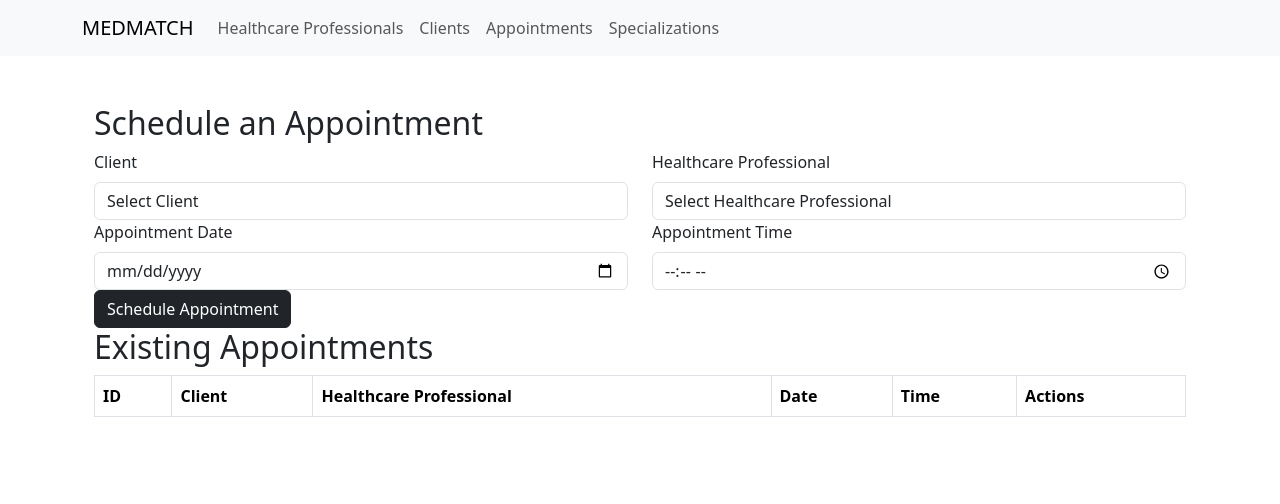
Repository: fahma20/medmatch-platform
Page: /appointments (app in client/)
An editor plug-in stored every save of this project. The page is shown before and after the next save, followed by the edit.
The browser window is 1280 px wide. The pictures show the whole page.
The page's requests for data from a server got no answer. The project was rebuilt for these pictures with package versions that can differ from the ones it lists, and the page was loaded fresh each time. No one was signed in, and anything a server would have sent is missing. Also part of the build but not shown: client/src/components/Healthcareprofessionals.js, client/src/components/Specializations.js, client/src/components/Clients.js, client/src/components/Homepage.js. Imported but missing from the stored project, and not drawn on this page: client/src/components/Appointments..

Above is the page before, as saved 2025-02-01 16:33:32.

### client/src/index.js
import React from "react";
import ReactDOM from "react-dom";
import App from './components/App';  // Correct path to the App component


ReactDOM.render(
  <React.StrictMode>
    <App />
  </React.StrictMode>,
  document.getElementById("root")
);

### client/src/components/App.js
import React from 'react';
import { BrowserRouter as Router, Routes, Route } from 'react-router-dom';
import 'bootstrap/dist/css/bootstrap.min.css';

import HealthcareProfessionals from './Healthcareprofessionals'; // Ensure the correct name and casing
import Specializations from './Specializations';
import Appointments from './Appointments';
import Clients from './Clients';
import Navbar from './Navbar';
import HomePage from './Homepage'; // Corrected import to HomePage

const App = () => {
  return (
    <Router>
      <Navbar /> {/* Your Navbar component */}
      <div className="container mt-5">
        <Routes>
          {/* Add HomePage as the route for the root path */}
          <Route path="/" element={<HomePage />} /> {/* Home Page */}
          <Route path="/clients" element={<Clients />} />
          <Route path="/appointments" element={<Appointments />} />
          <Route path="/specializations" element={<Specializations />} />
          <Route path="/healthcare-professionals" element={<HealthcareProfessionals />} /> {/* Healthcare Professionals Page */}
        </Routes>
      </div>
    </Router>
  );
};

export default App;

### client/src/components/Appointments.js

/*
import React, { useState, useEffect } from 'react';
import { Formik, Field, Form, ErrorMessage } from 'formik';
import * as Yup from 'yup';

const Appointments = () => {
  const [appointments, setAppointments] = useState([]);

  // Fetch appointments
  useEffect(() => {
    const fetchAppointments = async () => {
      try {
        const response = await fetch('http://127.0.0.1:5000/api/appointments');
        const data = await response.json();
        setAppointments(data);
      } catch (error) {
        console.error('Error fetching appointments:', error);
      }
    };
    fetchAppointments();
  }, []);

  // Validation schema for creating/editing appointment
  const validationSchema = Yup.object({
    clientId: Yup.number().required('Client ID is required'),
    doctorId: Yup.number().required('Doctor ID is required'),
    appointmentDate: Yup.date().required('Appointment date is required'),
  });

  // Handle form submission (create new appointment)
  const handleSubmit = async (values, { resetForm }) => {
    try {
      const response = await fetch('http://127.0.0.1:5000/api/appointments', {
        method: 'POST',
        headers: {
          'Content-Type': 'application/json',
        },
        body: JSON.stringify(values),
      });

      if (!response.ok) {
        console.error('Error adding appointment:', response);
        return;
      }

      const newAppointment = await response.json();
      setAppointments((prevAppointments) => [...prevAppointments, newAppointment]);
      resetForm();
    } catch (error) {
      console.error('Error adding appointment:', error);
    }
  };

  // Handle deleting an appointment
  const handleDelete = async (id) => {
    try {
      const response = await fetch(`http://127.0.0.1:5000/api/appointments/${id}`, {
        method: 'DELETE',
      });

      if (!response.ok) {
        console.error('Error deleting appointment:', response);
        return;
      }

      setAppointments((prevAppointments) =>
        prevAppointments.filter((appointment) => appointment.id !== id)
      );
    } catch (error) {
      console.error('Error deleting appointment:', error);
    }
  };

  return (
    <div>
      <h2>Appointments</h2>

      <Formik
        initialValues={{
          clientId: '',
          doctorId: '',
          appointmentDate: '',
        }}
        validationSchema={validationSchema}
        onSubmit={handleSubmit}
      >
        <Form>
          <div className="form-group">
            <label htmlFor="clientId">Client ID</label>
            <Field
              type="number"
              id="clientId"
              name="clientId"
              className="form-control"
            />
            <ErrorMessage name="clientId" component="div" className="text-danger" />
          </div>

          <div className="form-group">
            <label htmlFor="doctorId">Doctor ID</label>
            <Field
              type="number"
              id="doctorId"
              name="doctorId"
              className="form-control"
            />
            <ErrorMessage name="doctorId" component="div" className="text-danger" />
          </div>

          <div className="form-group">
            <label htmlFor="appointmentDate">Appointment Date</label>
            <Field
              type="date"
              id="appointmentDate"
              name="appointmentDate"
              className="form-control"
            />
            <ErrorMessage name="appointmentDate" component="div" className="text-danger" />
          </div>

          <button type="submit" className="btn btn-primary">Add Appointment</button>
        </Form>
      </Formik>

      <div className="mt-4">
        <h3>Appointments List</h3>
        {appointments.length === 0 ? (
          <p>No appointments available.</p>
        ) : (
          appointments.map((appointment) => (
            <div key={appointment.id} className="card mb-3">
              <div className="card-body">
                <h5 className="card-title">Appointment ID: {appointment.id}</h5>
                <p className="card-text">
                  <strong>Client ID:</strong> {appointment.clientId}
                </p>
                <p className="card-text">
                  <strong>Doctor ID:</strong> {appointment.doctorId}
                </p>
                <p className="card-text">
                  <strong>Date:</strong> {new Date(appointment.appointmentDate).toLocaleDateString()}
                </p>
                <button
                  className="btn btn-danger"
                  onClick={() => handleDelete(appointment.id)}
                >
                  Delete
                </button>
              </div>
            </div>
          ))
        )}
      </div>
    </div>
  );
};

export default Appointments;
*/


import React, { useState, useEffect } from 'react';
import { Container, Row, Col, Form, Button, Table } from 'react-bootstrap';
import './Appointments.';  // Import the custom CSS file

const Appointments = () => {
  const [appointments, setAppointments] = useState([]);
  const [clients, setClients] = useState([]);
  const [healthcareProfessionals, setHealthcareProfessionals] = useState([]);
  const [formData, setFormData] = useState({
    client_id: '',
    healthcare_professional_id: '',
    date: '',
    time: '',
  });

  useEffect(() => {
    fetchAppointments();
    fetchClients();
    fetchHealthcareProfessionals();
  }, []);

  const fetchAppointments = async () => {
    try {
      const response = await fetch('http://127.0.0.1:5000/api/appointments');
      const data = await response.json();
      setAppointments(data);
    } catch (error) {
      console.error('Error fetching appointments', error);
    }
  };

  const fetchClients = async () => {
    try {
      const response = await fetch('http://127.0.0.1:5000/api/clients');
      const data = await response.json();
      setClients(data);
    } catch (error) {
      console.error('Error fetching clients', error);
    }
  };

  const fetchHealthcareProfessionals = async () => {
    try {
      const response = await fetch('http://127.0.0.1:5000/api/healthcare_professionals');
      const data = await response.json();
      setHealthcareProfessionals(data);
    } catch (error) {
      console.error('Error fetching healthcare professionals', error);
    }
  };

  const convertTo12HourFormat = (time) => {
    const [hours, minutes] = time.split(':');
    let hoursInt = parseInt(hours, 10);
    const ampm = hoursInt >= 12 ? 'PM' : 'AM';
    hoursInt = hoursInt % 12;
    hoursInt = hoursInt ? hoursInt : 12; // the hour '0' should be '12'
    return `${hoursInt}:${minutes} ${ampm}`;
  };

  const handleInputChange = (e) => {
    const { name, value } = e.target;
    setFormData({ ...formData, [name]: value });
  };

  const handleSubmit = async (e) => {
    e.preventDefault();

    const formattedTime = convertTo12HourFormat(formData.time);
    const newAppointment = { ...formData, time: formattedTime };

    try {
      const response = await fetch('http://127.0.0.1:5000/api/appointments', {
        method: 'POST',
        headers: {
          'Content-Type': 'application/json',
        },
        body: JSON.stringify(newAppointment),
      });

      if (response.ok) {
        const appointment = await response.json();
        setAppointments((prevAppointments) => [...prevAppointments, appointment]);
        setFormData({ client_id: '', healthcare_professional_id: '', date: '', time: '' });
      } else {
        console.error('Error creating appointment');
      }
    } catch (error) {
      console.error('Error creating appointment', error);
    }
  };

  const handleDelete = async (id) => {
    try {
      const response = await fetch(`http://127.0.0.1:5000/api/appointments/${id}`, {
        method: 'DELETE',
      });

      if (response.ok) {
        setAppointments(appointments.filter((appointment) => appointment.id !== id));
      } else {
        console.error('Error deleting appointment');
      }
    } catch (error) {
      console.error('Error deleting appointment', error);
    }
  };

  return (
    <Container className="appointment-container">
      <h2>Schedule an Appointment</h2>

      <Form onSubmit={handleSubmit}>
        <Row>
          <Col>
            <Form.Group controlId="client_id">
              <Form.Label>Client</Form.Label>
              <Form.Control
                as="select"
                name="client_id"
                value={formData.client_id}
                onChange={handleInputChange}
                required
              >
                <option value="">Select Client</option>
                {clients.map((client) => (
                  <option key={client.id} value={client.id}>
                    {client.name}
                  </option>
                ))}
              </Form.Control>
            </Form.Group>
          </Col>
          <Col>
            <Form.Group controlId="healthcare_professional_id">
              <Form.Label>Healthcare Professional</Form.Label>
              <Form.Control
                as="select"
                name="healthcare_professional_id"
                value={formData.healthcare_professional_id}
                onChange={handleInputChange}
                required
              >
                <option value="">Select Healthcare Professional</option>
                {healthcareProfessionals.map((professional) => (
                  <option key={professional.id} value={professional.id}>
                    {professional.name}
                  </option>
                ))}
              </Form.Control>
            </Form.Group>
          </Col>
        </Row>

        <Row>
          <Col>
            <Form.Group controlId="date">
              <Form.Label>Appointment Date</Form.Label>
              <Form.Control
                type="date"
                name="date"
                value={formData.date}
                onChange={handleInputChange}
                required
              />
            </Form.Group>
          </Col>
          <Col>
            <Form.Group controlId="time">
              <Form.Label>Appointment Time</Form.Label>
              <Form.Control
                type="time"
                name="time"
                value={formData.time}
                onChange={handleInputChange}
                required
              />
            </Form.Group>
          </Col>
        </Row>

        <Button type="submit" variant="dark">
          Schedule Appointment
        </Button>
      </Form>

      <h2>Existing Appointments</h2>
      <Table striped bordered hover responsive>
        <thead>
          <tr>
            <th>ID</th>
            <th>Client</th>
            <th>Healthcare Professional</th>
            <th>Date</th>
            <th>Time</th>
            <th>Actions</th>
          </tr>
        </thead>
        <tbody>
          {appointments.map((appointment) => (
            <tr key={appointment.id}>
              <td>{appointment.id}</td>
              <td>{appointment.client_id}</td>
              <td>{appointment.healthcare_professional_id}</td>
              <td>{appointment.date}</td>
              <td>{appointment.time}</td>
              <td>
                <Button
                  variant="danger"
                  className="delete-btn"
                  onClick={() => handleDelete(appointment.id)}
                >
                  Delete
                </Button>
              </td>
            </tr>
          ))}
        </tbody>
      </Table>
    </Container>
  );
};

export default Appointments;

### client/src/components/Navbar.js
/*import React from 'react';
import { Link } from 'react-router-dom';

const Navbar = () => {
  return (
    <nav className="navbar navbar-expand-lg navbar-light bg-light">
      <a className="navbar-brand" href="/">MedMatch</a>
      <div className="collapse navbar-collapse">
        <ul className="navbar-nav ml-auto">
          <li className="nav-item">
            <Link className="nav-link" to="/">Healthcare Professionals</Link>
          </li>
          <li className="nav-item">
            <Link className="nav-link" to="/clients">Clients</Link>
          </li>
          <li className="nav-item">
            <Link className="nav-link" to="/appointments">Appointments</Link>
          </li>
        </ul>
      </div>
    </nav>
  );
};

export default Navbar;
*/

// Navbar.js
import React from 'react';
import { Link } from 'react-router-dom';

const Navbar = () => {
  return (
    <nav className="navbar navbar-expand-lg navbar-light bg-light">
      <div className="container">
        <Link className="navbar-brand" to="/">MEDMATCH</Link>
        <button
          className="navbar-toggler"
          type="button"
          data-bs-toggle="collapse"
          data-bs-target="#navbarNav"
          aria-controls="navbarNav"
          aria-expanded="false"
          aria-label="Toggle navigation"
        >
          <span className="navbar-toggler-icon"></span>
        </button>
        <div className="collapse navbar-collapse" id="navbarNav">
          <ul className="navbar-nav">
            <li className="nav-item">
              <Link className="nav-link" to="/healthcare-professionals">Healthcare Professionals</Link>
            </li>
            <li className="nav-item">
              <Link className="nav-link" to="/clients">Clients</Link>
            </li>
            <li className="nav-item">
              <Link className="nav-link" to="/appointments">Appointments</Link>
            </li>
            <li className="nav-item">
              <Link className="nav-link" to="/specializations">Specializations</Link>
            </li>
          </ul>
        </div>
      </div>
    </nav>
  );
};

export default Navbar;

Loaded but not shown: client/public/index.html (common file)

After the next save:
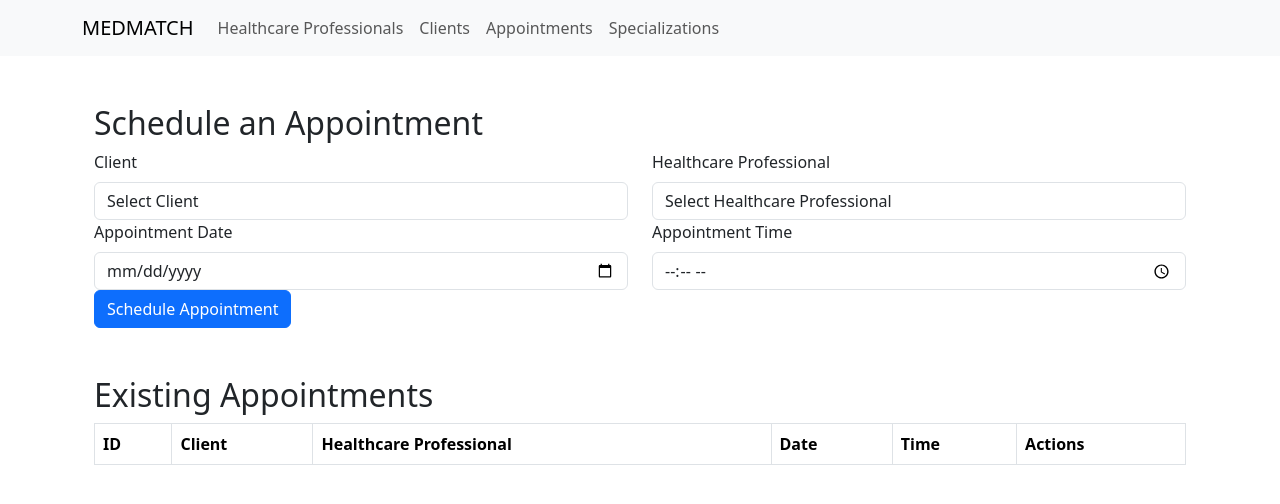
Saved 16 s later.
--- a/client/src/components/Appointments.js
+++ b/client/src/components/Appointments.js
@@ -162,7 +162,6 @@ export default Appointments;
 
 import React, { useState, useEffect } from 'react';
 import { Container, Row, Col, Form, Button, Table } from 'react-bootstrap';
-import './Appointments.';  // Import the custom CSS file
 
 const Appointments = () => {
   const [appointments, setAppointments] = useState([]);
@@ -211,6 +210,7 @@ const Appointments = () => {
     }
   };
 
+  // Converts 24-hour time to 12-hour AM/PM format
   const convertTo12HourFormat = (time) => {
     const [hours, minutes] = time.split(':');
     let hoursInt = parseInt(hours, 10);
@@ -228,8 +228,13 @@ const Appointments = () => {
   const handleSubmit = async (e) => {
     e.preventDefault();
 
+    // Convert the time to 12-hour format with AM/PM
     const formattedTime = convertTo12HourFormat(formData.time);
-    const newAppointment = { ...formData, time: formattedTime };
+
+    const newAppointment = {
+      ...formData,
+      time: formattedTime,
+    };
 
     try {
       const response = await fetch('http://127.0.0.1:5000/api/appointments', {
@@ -241,8 +246,11 @@ const Appointments = () => {
       });
 
       if (response.ok) {
+        // Add new appointment to the list dynamically
         const appointment = await response.json();
         setAppointments((prevAppointments) => [...prevAppointments, appointment]);
+
+        // Reset form after submitting
         setFormData({ client_id: '', healthcare_professional_id: '', date: '', time: '' });
       } else {
         console.error('Error creating appointment');
@@ -269,8 +277,8 @@ const Appointments = () => {
   };
 
   return (
-    <Container className="appointment-container">
-      <h2>Schedule an Appointment</h2>
+    <Container>
+      <h2 className="mt-4">Schedule an Appointment</h2>
 
       <Form onSubmit={handleSubmit}>
         <Row>
@@ -341,13 +349,11 @@ const Appointments = () => {
           </Col>
         </Row>
 
-        <Button type="submit" variant="dark">
-          Schedule Appointment
-        </Button>
+        <Button variant="primary" type="submit">Schedule Appointment</Button>
       </Form>
 
-      <h2>Existing Appointments</h2>
-      <Table striped bordered hover responsive>
+      <h2 className="mt-5">Existing Appointments</h2>
+      <Table striped bordered hover>
         <thead>
           <tr>
             <th>ID</th>
@@ -369,7 +375,6 @@ const Appointments = () => {
               <td>
                 <Button
                   variant="danger"
-                  className="delete-btn"
                   onClick={() => handleDelete(appointment.id)}
                 >
                   Delete
